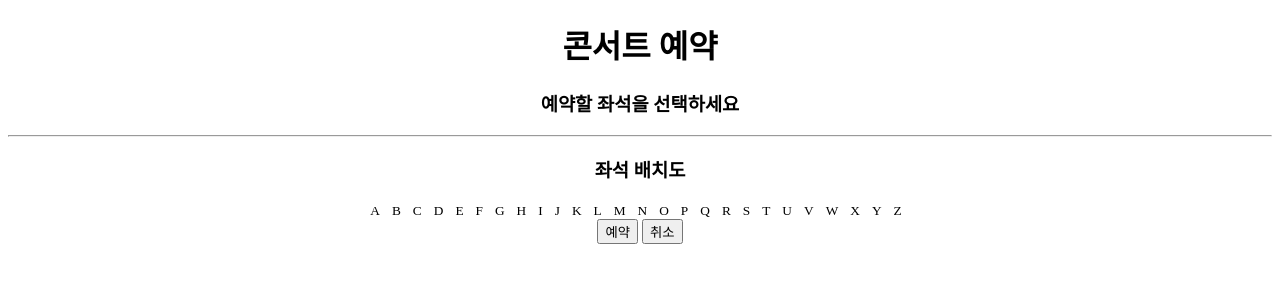
Repository: bbseok97/HTML
Page: http://localhost/jspbasic/application/reserve.jsp
These files come from the project's save history. The page is drawn as it stood at one moment and after the next save; the edit follows.
The browser window is 1280 px wide. The pictures show the whole page.
The page is served by Tomcat 9. Other server files are loaded and not shown.

Above is the page before, as saved 2024-04-09 03:04:18.

### jspbasic/src/main/webapp/application/reserve.jsp
<%@ page language="java" contentType="text/html; charset=UTF-8"
    pageEncoding="UTF-8"%>

<!DOCTYPE html>
<html>
	<head>
	<meta charset="UTF-8">
	<title>reserve.jsp</title>
	</head>
	<body>
		<div align=center>
		<h1>콘서트 예약</h1>
		<h3>예약할 좌석을 선택하세요</h3>
		<hr>
		<form action="reserv_ok.jsp" method="post">
		<h3>좌석 배치도</h3>
			<%for(char c='A'; c <= 'Z'; c++){ %>
			<small><%=c %></small>&nbsp;&nbsp;	<!-- nbsp : 띄어쓰기 -->
			<%} %><br>

		<input type="submit" value="예약">
		<input type="submit" value="취소">
		</form>
		</div>
	</body>
</html>

After the next save:
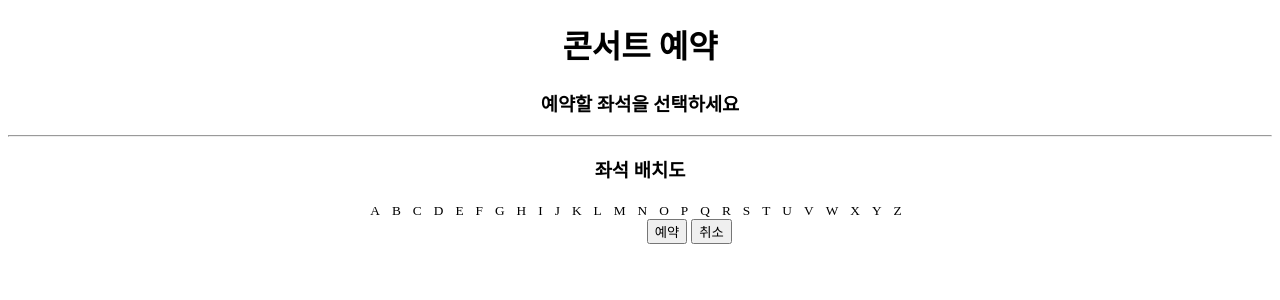
Saved 75 s later.
--- a/jspbasic/src/main/webapp/application/reserve.jsp
+++ b/jspbasic/src/main/webapp/application/reserve.jsp
@@ -17,7 +17,9 @@
 			<%for(char c='A'; c <= 'Z'; c++){ %>
 			<small><%=c %></small>&nbsp;&nbsp;	<!-- nbsp : 띄어쓰기 -->
 			<%} %><br>
-
+			<% for(char i=1; i <= 6; i++) {%>
+				<%=i %>
+		<%} %>
 		<input type="submit" value="예약">
 		<input type="submit" value="취소">
 		</form>
